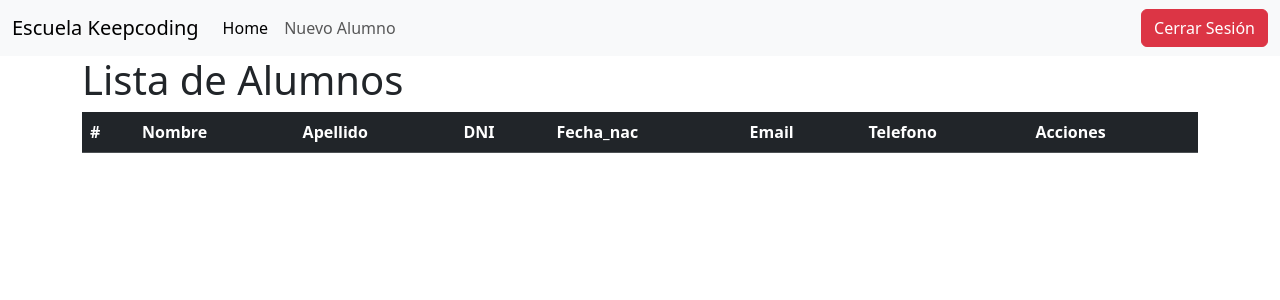
Repository: ChusmiPalos/EscuelaKeepcoding
Page: http://localhost/menu
These files come from the project's save history. The page is drawn as it stood at one moment and after the next save; the edit follows.
The browser window is 1280 px wide. The pictures show the whole page.
The page is this project's Thymeleaf template; nobody is signed in. The template is opened directly, without the code that normally fills it, so the values that code supplies are empty.

Above is the page before, as saved 2024-07-06 22:39:22.

After the next save:
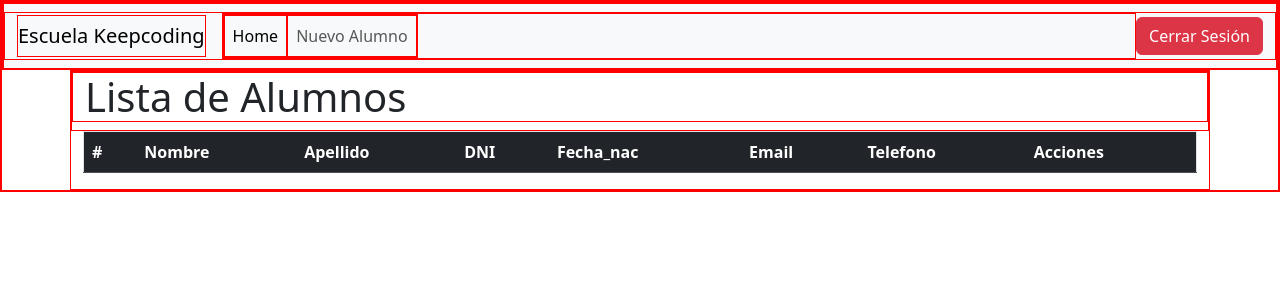
Saved 29 s later.
--- a/app-web-escuela/src/main/resources/templates/menu.html
+++ b/app-web-escuela/src/main/resources/templates/menu.html
@@ -9,6 +9,11 @@
 	integrity="sha384-QWTKZyjpPEjISv5WaRU9OFeRpok6YctnYmDr5pNlyT2bRjXh0JMhjY6hW+ALEwIH"
 	crossorigin="anonymous">
 </head>
+<style>
+* {
+	border: 1px solid red;
+}
+</style>
 <body>
 	<div th:include="fragments/menu_navegacion :: menu"></div>
 	<!--
